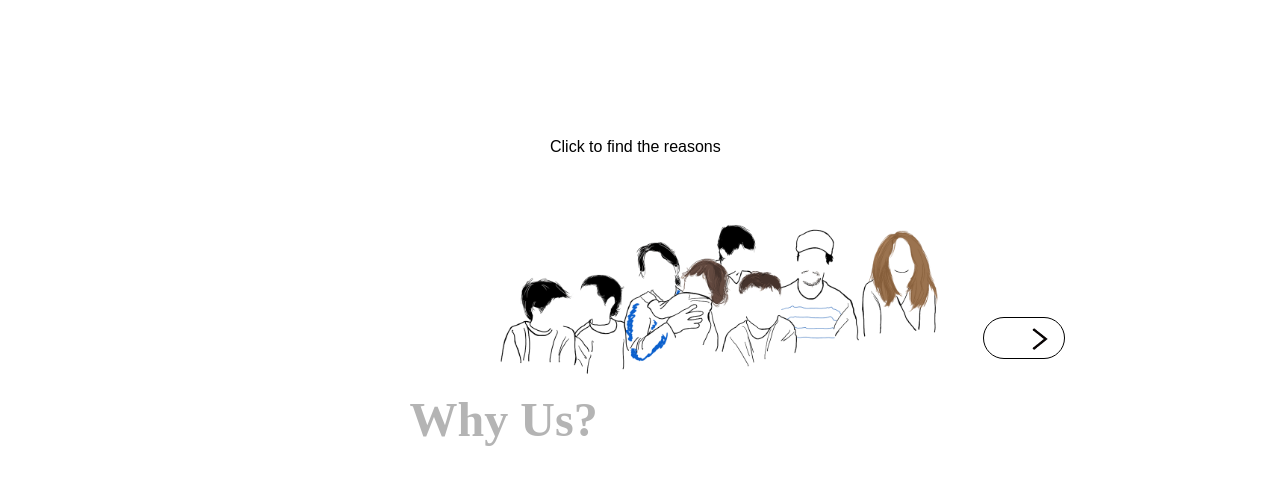
Repository: Lettie123/webpr4
Page: dis.html
The author's editor kept a copy of each file at every save. The page is drawn from the files as they stood at one save, then again after a run of saves.
The browser window is 1280 px wide. The pictures show the whole page.

Above is the page before, as saved 2020-12-03 12:30:30.

### dis.html
<html>
    <head>
        <meta charset="UTF-8">
        <meta name="viewport" content="width=device-width,initial-scale=1" />
        <meta name="viewport" content="width=device-width,initial-scale=1.0,maximum-scale=1.0,user-scalable=no">
        <link rel="stylesheet" type="text/css" href="style07.css">

<body>
    <div id="txt0">
        <div id="t1" style= "position:absolute; top: 0%; left: 0%;">
        <h1 style="font-size:100%; font-weight: normal; line-height: 24px;">
            Click to find the reasons
        </h1>
        </div>
    </div>
        <div id="whyusfm" style="width:35%; position:absolute; top:25%; left:0%;">
        <span>
            <img src="po/28.png" style="width:100% ;" >
        </span>
        </div>
        <div id="whyus">
            <h1 style="position:absolute; top:50%; left:32%;font-size: 48px;color: #b4b4b4; font-weight: bolder; ">
            Why Us?
            </h1>
        </div>

    <div id="chatb" style="display: none;">
        <img src="reason/cbox.png" style="width:100%;height:100%; position:absolute; top:14%; left:0%;">
    </div>
    <div id="begain" onclick="change0()" >
        <img src="pepic/begain.png" style="width:20%; position: absolute; top:23%; left:60%;">
    </div>


    <div id="block" style="display: none;">
    </div>
    <div id="block3">

    </div>

        <div id="ren" style="display: none;">
        <img src="pepic/ren.png" style="width:22% ;position:absolute; top:29%; left:49%;" >
        </div>

        <div id="block2" style="display:none;">
            <div id="txta1" style="position:absolute; top:5%; left:4%; width:260px;">
            <h1 style="font-size:14px; font-style: italic; font-weight:normal; line-height: 20px; ">
                “Europe’s Roma minorities, long victims of discrimination and persecution, are typically the most vulnerable group to statelessness in the region.”
            </h1>
            </div>
        </div>

        <div id="r01" style="display: none;">
        <img src="pepic/R.png" style="width:17% ;position:absolute; top:29%; left:61%;" >
        </div>
        <div id="r02" style="display: none;">
            <img src="pepic/oma.png" style="width:17% ;position:absolute; top:29%; left:62%;" >
        </div>

        <div id="r01b" style="display: none;">
            <img src="pepic/R.png" style="width:17% ;position:absolute; top:29%; left:61%;" >
            </div>
            <div id="r02b" style="display: none;">
                <img src="pepic/oma.png" style="width:17% ;position:absolute; top:29%; left:62%;" >
        </div>


    <div id="TXT">
    <div id="txt1" style="font-size:16px; font-weight: normal; line-height: 24px; position:absolute; top:27%; left:2%; display:none;">
        <h1 style="font-size:16px; font-weight: normal; line-height: 24px; ">
            We are from the Roma community, which is also called Gypsies. All of our family members are stateless.
        </h1>
    </div>
    <div id="txt2" style="font-size:16px; font-weight: normal; line-height: 24px; position:absolute; top:20%; left:2%; display:none;">
        <h1 style="font-size:16px; font-weight: normal; line-height: 24px;">
            There are a lot of reasons for Romanies to be stateless. We cannot go anywhere; we do not have any documents.
        </h1>
    </div>
    <div id="txt3" style="font-size:16px; font-weight: normal; line-height: 24px; position:absolute; top:20%; left:2%; display:none;">
        <h1 style="font-size:16px; font-weight: normal; line-height: 24px;">
            Roma is the largest stateless minority in Macedonian. And we are not the only minority group who remain stateless in the world.
        </h1>
    </div>
    </div>

    <div id="word" style="display: none;">
    <div id="ra">
        <h1 style="font-size:32px; font-weight: normal; line-height: 24px; color: #ffffff;
        position:absolute; top:30%; left:55%">Racism</h1>
    </div>
    <div id="rb">
        <h1 style="font-size:32px; font-weight: normal; line-height: 24px; color: #ffffff;
        position:absolute; top:42%; left:65%">Discrimination</h1>
    </div>
    <div id="rc">
        <h1 style="font-size:32px; font-weight: normal; line-height: 24px; color: #ffffff;
        position:absolute; top:34%; left:80%">War</h1>
    </div>
    <div id="rd">
        <h1 style="font-size:24px; font-weight: normal; line-height: 24px; color: #828181;
        position:absolute; top:42%; left:55%">History</h1>
    </div>
    <div id="re">
        <h1 style="font-size:24px; font-weight: normal; line-height: 24px; color: #828181;
        position:absolute; top:39%; left:75%">State Dissolution</h1>
    </div>
    <div id="rf">
        <h1 style="font-size:24px; font-weight: normal; line-height: 24px; color: #828181;
        position:absolute; top:36%; left:60%">National laws</h1>
    </div>
    <div id="rg">
        <h1 style="font-size:24px; font-weight: normal; line-height: 24px; color: #828181;
        position:absolute; top:29%; left:66%">Lack Document</h1>
    </div>
    <div id="rh">
        <h1 style="font-size:24px; font-weight: normal; line-height: 24px; color: #828181;
        position:absolute; top:26%; left:50%">Language</h1>
    </div>
    <div id="ri">
        <h1 style="font-size:32px; font-weight: normal; line-height: 24px; color: #ffffff;
        position:absolute; top:24%; left:85%">...</h1>
    </div>
    </div>

    <div id="line1" style="display:none;"></div>
    <div id="why" onclick="change1()" style="display: none;">
        <div style="position: absolute; top:23%; left:22%; color:white; width: 260px;">
        Why?
        </div>
        <img src="img/down1.png" style="width:10%; position: absolute; top:38%; left:65%" >
    </div>

    <div id="others" onclick="change3()" style="display:none;">
        <div style="position: absolute; top:23%; left:21%; width:260px; color:white"> Others?</div>
        <img src="img/down1.png" style="width:10%; position: absolute; top:38%; left:65%;">
    </div>

    <style type="text/css">
        span{
        font-size: 30px;
        }
    </style>

    <div id="minority01" style="display:none;" >
        <div id="line02"></div>
        <h1 style="font-size:30px; font-weight:bold; line-height: 35px; color: #2a5ea3; position:absolute; top:34%; left:15%; ">
           Statelessness</br>
           &Minorities
        </h1>
        <h2 style="font-size:16px; font-weight:normal; line-height: 20px; color: #ffffff; position:absolute; top:47%; left:16%; text-align: justify; ">
            Minorities are especially vulnerable to statelessness.
        </h2>
        <h3 style="font-size:16px; font-weight:normal; line-height: 20px; color: #ffffff; position:absolute; top:60%; left:15%; text-align: justify;  ">
            Minorities make up a large portion of the world’s stateless population. This is due in part to indirect discrimination: as marginalized communities, they are especially likely to struggle with lack of resources and limited access to official systems of registration
        </h3>
        <h4 style="font-size:16px; font-weight:normal; line-height: 20px; color: #ffffff; position:absolute; top:13%; left:15%; text-align: justify;  ">
            <span>Minorities are</span> disadvantaged ethnic, national, religious, linguistic or cultural groups who are smaller in number than the rest of the population
        </h4>

    </div>
    <div id="mpeople"  style="display:none;" >
        <img src="pepic/minority.png" style="width:45%;" >
    </div>

    <div id="line1b" style="display: none;"></div>

    <!-- <div id="next"   style="display:none;" onclick="change5()">
        <img src="pepic/next.png" style="width:70%;" >
    </div> -->
    <div id="next"   style="display:none;" onclick="change5()">
        <div style="position: absolute; top:18%; left:30%; width:260px; color:white"> Next?</div>
        <img src="img/down1.png" style="width:6%;position: absolute; top:32%; left:60% " >
    </div>

    <script>
        function change5(){
        window.location.href="st.html";
        }
        function change3(){
        document.getElementById("block2").style.display="none";
        document.getElementById("ren").style.display="none";
        document.getElementById("r01b").style.display="none";
        document.getElementById("others").style.display="none";
        document.getElementById("block").style.WebkitAnimationPlayState = "running";
        document.getElementById("block3").style.WebkitAnimationPlayState = "running";
        document.getElementById("minority01").style.display="block";
        document.getElementById("mpeople").style.display="block";
        document.getElementById("line1b").style.display="block";
        document.getElementById("next").style.display="block";
        }
        function change2(){
        document.getElementById("word").style.display="none";
        document.getElementById("txt2").style.display="none";
        document.getElementById("txt3").style.display="block";
        document.getElementById("line1").style.display="none";
        document.getElementById("r01").style.display="none";
        document.getElementById("r02").style.display="none";
        document.getElementById("r01b").style.display="block";
        document.getElementById("r02b").style.display="block";
        document.getElementById("ren").style.display="block";
        document.getElementById("block2").style.display="block";
        document.getElementById("why").style.display="none";
        document.getElementById("others").style.display="block";
        }
        function change1(){
        document.getElementById("line1").style.display="block";
        document.getElementById("txt1").style.display="none";
        document.getElementById("txt2").style.display="block";
        document.getElementById("r01").style.WebkitAnimationPlayState = "running";
        document.getElementById("r02").style.WebkitAnimationPlayState = "running";
        document.getElementById("word").style.display="block";
        document.getElementById("why").onclick=change2;
        }
        function change0(){
            document.getElementById("whyusfm").style.WebkitAnimationPlayState = "running";
            document.getElementById("block").style.display="block";
            document.getElementById("chatb").style.display="block";
            document.getElementById("whyus").style.display="none";
            document.getElementById("r01").style.display="block";
            document.getElementById("r02").style.display="block";
            document.getElementById("txt1").style.display="block";
            document.getElementById("txt0").style.display="none";
            document.getElementById("why").style.display="block";
        }
    </script>


</body>

### style07.css
body {
	overflow:scroll;
    overflow-y:hidden;
    overflow-x:hidden;
}
#block{
    height: 100%;
    width: 100%;
    background-color: black;
    top:0;
    left:40%;
    right:0;
	bottom:0;
    position: absolute;
}
#block{
    animation:block 1.2s;
    -webkit-animation:block 1.2s;
    animation-iteration-count:1;
    -webkit-animation-iteration-count:1;
    animation-fill-mode: forwards;
    -webkit-animation-fill-mode: forwards;
}
@keyframes block {
    0% {left:100%;}
	to {left:40%;}
}
#why{
	width: 150px;
    height: 40px;
    border-radius: 20px;
    background-color: black;
    border:1px solid black;
    position: absolute;
	left: 19%;
	top: 70%;
	transform: translate(-50%,-50%);
}
#why:hover {
    opacity: 0.3;
}
#why{
    animation:why 2s;
    -webkit-animation:why 2s;
    animation-iteration-count:1;
    -webkit-animation-iteration-count:1;
    animation-fill-mode: forwards;
    -webkit-animation-fill-mode: forwards;
}
@keyframes why {
    0% {top:120%;}
    70% {top:120%;}
	to {top:70%;}
}
#txt1{
    height:150px;
    width:420px;
    text-align: left;
	border-radius: 10px;
	position: absolute;
    font-family: Arial;
    color:black;
}
#txt1{
    animation:txt1 2s;
    -webkit-animation:txt1 2s;
    animation-iteration-count:1;
    -webkit-animation-iteration-count:1;
    animation-fill-mode: forwards;
    -webkit-animation-fill-mode: forwards;
}
@keyframes txt1 {
    0% {top:50%;opacity: 0;}
    70% {top:50%;opacity: 0;}
	to {top:25%;opacity: 1;}
}
#line1{
    height: 3px;
    width: 60%;
    top:38%;
    left:40%;
    right:0;
    bottom:0;
    background-color:#ffffff;
    position: absolute;
}
#line1{
    animation:line1 3s;
    -webkit-animation:line1 3s;
    animation-iteration-count:1;
    -webkit-animation-iteration-count:1;
    animation-fill-mode: forwards;
    -webkit-animation-fill-mode: forwards;
}
@keyframes line1 {
    0% {width: 0%; top:36%;}
    40%{width:60%; top:36%;}
    70% {top:36%; width:60%;}
	to {top:50%; width:60%;}
}
#r01{
    top:0%;
    left:0%;
    right:0;
    bottom:0;
    position: absolute;
}
#r02{
    top:0%;
    left:0%;
    right:0;
    bottom:0;
    position: absolute;
}
#r01b{
    top:0%;
    left:0%;
    right:0;
    bottom:0;
    position: absolute;
}
#r02b{
    top:0%;
    left:0%;
    right:0;
    bottom:0;
    position: absolute;
}
#r01{
    animation:r01 3s;
    -webkit-animation:r01 3s;
    animation-iteration-count:1;
    -webkit-animation-iteration-count:1;
    -webkit-animation-play-state:paused;
    animation-fill-mode: forwards;
    -webkit-animation-fill-mode: forwards;
}
@keyframes r01 {
    0% {top:0%;}
    70% {top:0%;}
	to {top:18%;}
}
#r02{
    animation:r02 3s;
    -webkit-animation:r02 3s;
    animation-iteration-count:1;
    -webkit-animation-iteration-count:1;
    -webkit-animation-play-state:paused;
    animation-fill-mode: forwards;
    -webkit-animation-fill-mode: forwards;
}
@keyframes r02 {
    0% {top:0%;}
    70% {top:0%;}
	to {top:18%;}
}
#txt2{
    height:150px;
    width:420px;
    text-align: left;
	border-radius: 10px;
	position: absolute;
    font-family: Arial;
    color:black;
}
#txt2{
    animation:txt2 1.2s;
    -webkit-animation:txt2 1.2s;
    animation-iteration-count:1;
    -webkit-animation-iteration-count:1;
    animation-fill-mode: forwards;
    -webkit-animation-fill-mode: forwards;
}
@keyframes txt2 {
	0% {top:32%;opacity: 0;}
	to {top:23%;opacity: 1;}
}
#ra{
    animation:ra 3s;
    -webkit-animation:ra 3s;
    animation-iteration-count:1;
    -webkit-animation-iteration-count:1;
    animation-fill-mode: forwards;
    -webkit-animation-fill-mode: forwards;
}
@keyframes ra {
    0% {opacity: 0;}
	70% {opacity: 0;}
	to {opacity: 1;}
}
#rb{
    animation:rb 3s;
    -webkit-animation:rb 3s;
    animation-iteration-count:1;
    -webkit-animation-iteration-count:1;
    animation-fill-mode: forwards;
    -webkit-animation-fill-mode: forwards;
}
@keyframes rb {
    0% {opacity: 0;}
	85% {opacity: 0;}
	to {opacity: 1;}
}
#rc{
    animation:rc 4s;
    -webkit-animation:rc 4s;
    animation-iteration-count:1;
    -webkit-animation-iteration-count:1;
    animation-fill-mode: forwards;
    -webkit-animation-fill-mode: forwards;
}
@keyframes rc {
    0% {opacity: 0;}
	70% {opacity: 0;}
	to {opacity: 1;}
}
#rd{
    animation:rd 4s;
    -webkit-animation:rd 4s;
    animation-iteration-count:1;
    -webkit-animation-iteration-count:1;
    animation-fill-mode: forwards;
    -webkit-animation-fill-mode: forwards;
}
@keyframes rd {
    0% {opacity: 0;}
	85% {opacity: 0;}
	to {opacity: 1;}
}
#re{
    animation:re 5s;
    -webkit-animation:re 5s;
    animation-iteration-count:1;
    -webkit-animation-iteration-count:1;
    animation-fill-mode: forwards;
    -webkit-animation-fill-mode: forwards;
}
@keyframes re {
    0% {opacity: 0;}
	70% {opacity: 0;}
	to {opacity: 1;}
}
#rf{
    animation:rf 5s;
    -webkit-animation:rf 5s;
    animation-iteration-count:1;
    -webkit-animation-iteration-count:1;
    animation-fill-mode: forwards;
    -webkit-animation-fill-mode: forwards;
}
@keyframes rf {
    0% {opacity: 0;}
	85% {opacity: 0;}
	to {opacity: 1;}
}
#rg{
    animation:rg 6s;
    -webkit-animation:rg 6s;
    animation-iteration-count:1;
    -webkit-animation-iteration-count:1;
    animation-fill-mode: forwards;
    -webkit-animation-fill-mode: forwards;
}
@keyframes rg {
    0% {opacity: 0;}
	70% {opacity: 0;}
	to {opacity: 1;}
}
#rh{
    animation:rh 6s;
    -webkit-animation:rh 6s;
    animation-iteration-count:1;
    -webkit-animation-iteration-count:1;
    animation-fill-mode: forwards;
    -webkit-animation-fill-mode: forwards;
}
@keyframes rh {
    0% {opacity: 0;}
	85% {opacity: 0;}
	to {opacity: 1;}
}
#ri{
    animation:ri 6s;
    -webkit-animation:ri 6s;
    animation-iteration-count:1;
    -webkit-animation-iteration-count:1;
    animation-fill-mode: forwards;
    -webkit-animation-fill-mode: forwards;
}
@keyframes ri {
    0% {opacity: 0;}
	85% {opacity: 0;}
	to {opacity: 1;}
}
#txt3{
    height:150px;
    width:420px;
    text-align: left;
	border-radius: 10px;
	position: absolute;
    font-family: Arial;
    color:black;
}
#txt3{
    animation:txt3 1.2s;
    -webkit-animation:txt3 1.2s;
    animation-iteration-count:1;
    -webkit-animation-iteration-count:1;
    animation-fill-mode: forwards;
    -webkit-animation-fill-mode: forwards;
}
@keyframes txt3 {
	0% {top:32%;opacity: 0;}
	to {top:22%;opacity: 1;}
}
#r01b{
    animation:r01b 3s;
    -webkit-animation:r01b 3s;
    animation-iteration-count:1;
    -webkit-animation-iteration-count:1;
    animation-fill-mode: forwards;
    -webkit-animation-fill-mode: forwards;
}
@keyframes r01b {
    0% {top:18%;}
    50% {top:0%;}
	to {top:0%;}
}
#r02b{
    animation:r02b 3s;
    -webkit-animation:r02b 3s;
    animation-iteration-count:1;
    -webkit-animation-iteration-count:1;
    animation-fill-mode: forwards;
    -webkit-animation-fill-mode: forwards;
}
@keyframes r02b {
    0% {top:18%; opacity: 1;}
    50% {top:0%;opacity: 1;}
	to {top:0%;opacity: 0;}
}
#ren{
    animation:ren 3s;
    -webkit-animation:ren 3s;
    animation-iteration-count:1;
    -webkit-animation-iteration-count:1;
    animation-fill-mode: forwards;
    -webkit-animation-fill-mode: forwards;
}
@keyframes ren {
    0% {opacity: 0;}
    70% {opacity: 0;}
	to {opacity: 0.7;}
}
#block2{
	text-align: justify;
	background-color:rgba(255, 255, 255, 0.1);
	width: 290px;
    height: 120px;
	position: absolute;
	left: 82%;
    top: 46%;
    font-family: Arial;
    color:white;
	transform: translate(-50%,-50%);
}
#block2{
    animation:block2 4s;
    -webkit-animation:block2 4s;
    animation-iteration-count:1;
    -webkit-animation-iteration-count:1;
    animation-fill-mode: forwards;
    -webkit-animation-fill-mode: forwards;
}
@keyframes block2 {
    0% {left:90%;opacity: 0;}
    80% {left:90%;opacity: 0;}
	to {left:83%;opacity: 1;}
}
#others{
	width: 150px;
    height: 40px;
    border-radius: 20px;
    background-color: black;
    position: absolute;
	left: 19%;
	top: 70%;
	transform: translate(-50%,-50%);
}
#others:hover {
    opacity: 0.3;
}
#block3{
    height: 100%;
    width: 30%;
    background-color: #131313;
    top:0;
    left:100%;
    right:0;
	bottom:0;
    position: absolute;
}
#block3{
    animation:block3 1.2s;
    -webkit-animation:block3 1.2s;
    -webkit-animation-play-state:paused;
    animation-iteration-count:1;
    -webkit-animation-iteration-count:1;
    animation-fill-mode: forwards;
    -webkit-animation-fill-mode: forwards;
}
@keyframes block3 {
    0% {left:100%;}
	to {left:70%;}
}
#line02{
    height: 140px;
    width: 3px;
    top:35%;
    left:13%;
    right:0;
    bottom:0;
    background-color:#2a5ea3;
    position: absolute;
}
#minority01{
    animation:minority01 4s;
    -webkit-animation:minority01 4s;
    animation-iteration-count:1;
    -webkit-animation-iteration-count:1;
    animation-fill-mode: forwards;
    -webkit-animation-fill-mode: forwards;
}
@keyframes minority01 {
    0% {top:140%;}
    50% {top:140%;}
	to {top:45%;}
}
#minority01{
	width: 25%;
    height: 90%;
    position: absolute;
	left: 83%;
	top: 50%;
	transform: translate(-50%,-50%);
}
#mpeople{
	width: 100%;
    position: absolute;
	left: 60%;
	top: 48%;
	transform: translate(-50%,-50%);
}
#line1b{
    height: 3px;
    width: 23%;
    top:17%;
    left:50%;
    right:0;
    bottom:0;
    background-color:#2a5ea3;
    position: absolute;
}
#line1b{
    animation:line1b 4s;
    -webkit-animation:line1b 4s;
    animation-iteration-count:1;
    -webkit-animation-iteration-count:1;
    animation-fill-mode: forwards;
    -webkit-animation-fill-mode: forwards;
}
@keyframes line1b {
    0% {width: 0%;}
    80% {width: 0%;}
	to {width: 23%;}
}
#mpeople{
    animation:mpeople 3s;
    -webkit-animation:mpeople 3s;
    animation-iteration-count:1;
    -webkit-animation-iteration-count:1;
    animation-fill-mode: forwards;
    -webkit-animation-fill-mode: forwards;
}
@keyframes mpeople {
    0% {opacity: 0;}
    30% {opacity: 0;}
	to {opacity:1;}
}
#next{
    width: 20%;
    height: 5%;
    border-radius: 20px;
    border:1px solid white;
    position: absolute;
	left: 85%;
	top: 70%;
	transform: translate(-50%,-50%);
}
#next:hover {
    opacity: 0.3;
}
#next{
    animation:next 4s;
    -webkit-animation:next 4s;
    animation-iteration-count:1;
    -webkit-animation-iteration-count:1;
    animation-fill-mode: forwards;
    -webkit-animation-fill-mode: forwards;
}
@keyframes next {
    0% {top:120%;}
    70% {top:120%;}
	to {top:90%;}
}
#chatb{
    width: 430px;
    height: 120px;
    position: absolute;
	left: 20%;
	top: 20%;
	transform: translate(-50%,-50%);
}
#TXT{
	width: 430px;
    height: 120px;
    position: absolute;
	left: 20%;
	top: 20%;
	transform: translate(-50%,-50%);
}
#whyusfm{
    animation:whyusfm 1.2s;
    -webkit-animation:whyusfm 1.2s;
    -webkit-animation-play-state:paused;
    animation-iteration-count:1;
    -webkit-animation-iteration-count:1;
    animation-fill-mode: forwards;
    -webkit-animation-fill-mode: forwards;
}
@keyframes whyusfm {
    0% {left:39%;}
	to {left:9%;}
}
#begain{
	width: 80px;
    height: 40px;
    border:1px solid black;
    border-radius: 30px;
    position: absolute;
	left: 80%;
	top: 47%;
	transform: translate(-50%,-50%);
}
  #begain:hover {
  opacity: 0.3;
}
#txt0{
    height:40px;
    width:180px;
    left:50%;
    top:20%;
    text-align: center;
	position: absolute;
    font-family: Arial;
    color:black;
    transform: translate(-50%,-50%);
}
#r01{
    animation:r01  2s;
    -webkit-animation:r01  2s;
    animation-iteration-count:1;
    -webkit-animation-iteration-count:1;
    animation-fill-mode: forwards;
    -webkit-animation-fill-mode: forwards;
}
@keyframes r01 {
    0% {opacity: 0;}
    50% {opacity: 0;}
	to {opacity: 1;}
}
#r02{
    animation:r02  2s;
    -webkit-animation:r02  2s;
    animation-iteration-count:1;
    -webkit-animation-iteration-count:1;
    animation-fill-mode: forwards;
    -webkit-animation-fill-mode: forwards;
}
@keyframes r02 {
    0% {opacity: 0;}
    50% {opacity: 0;}
	to {opacity: 1;}
}
#chatb{
    animation:chatb 2s;
    -webkit-animation:chatb 2s;
    animation-iteration-count:1;
    -webkit-animation-iteration-count:1;
    animation-fill-mode: forwards;
    -webkit-animation-fill-mode: forwards;
}
@keyframes chatb {
    0% {opacity: 0;}
    50% {opacity: 0;}
	to {opacity:1;}
}

After the next 2 saves:
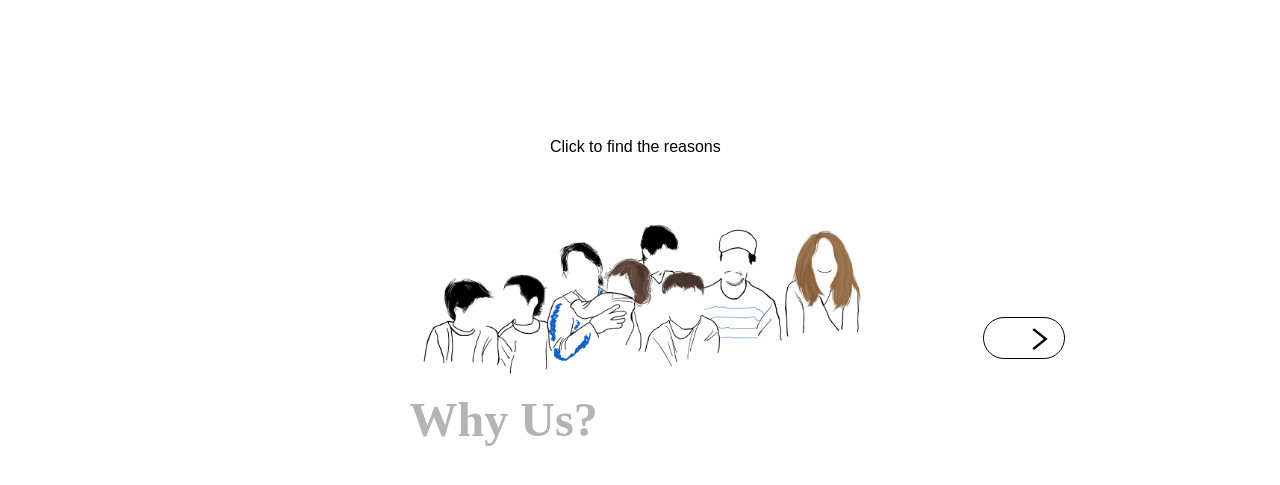
The 2 saves are shown as one change because they came seconds apart.
The last was saved 12 s later.
--- a/style07.css
+++ b/style07.css
@@ -539,7 +539,7 @@ body {
     -webkit-animation-fill-mode: forwards;
 }
 @keyframes whyusfm {
-    0% {left:39%;}
+    0% {left:33%;}
 	to {left:9%;}
 }
 #begain{
